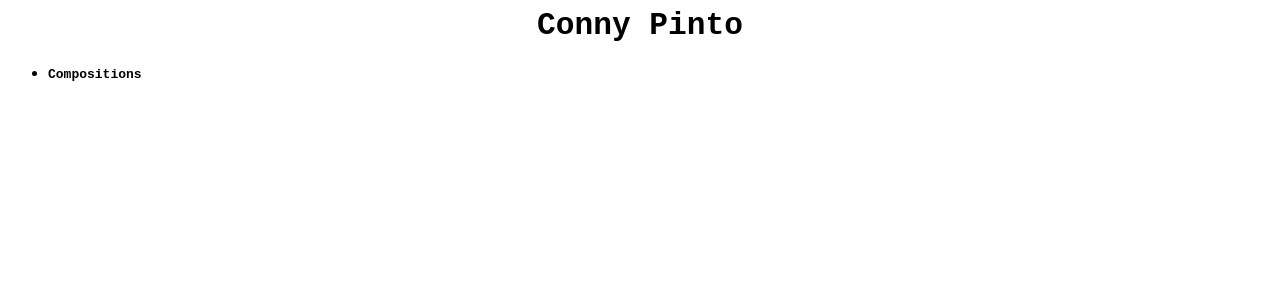
Repository: ConnyPinto/connypinto.github.io
Page: index.html
The author's editor kept a record of every edit. The page is drawn from the files as they stood at one moment, then again after the next edit.
The browser window is 1280 px wide. The pictures show the whole page.

Above is the page before.

After the next edit:
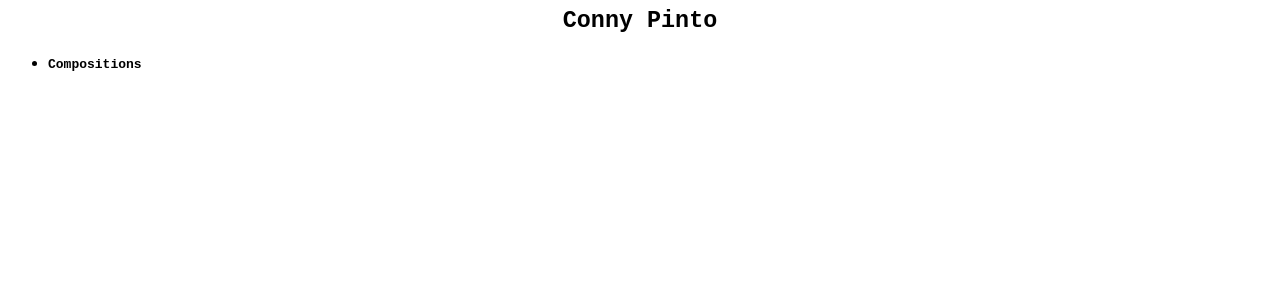
The edit:
--- a/index.html
+++ b/index.html
@@ -7,7 +7,7 @@
 <body>
 
 
-        <h1><big><center><code>Conny Pinto</code></center></big></h1>
+        <h2><big><center><code>Conny Pinto</code></center></big></h2>
 
 
            <ul>
